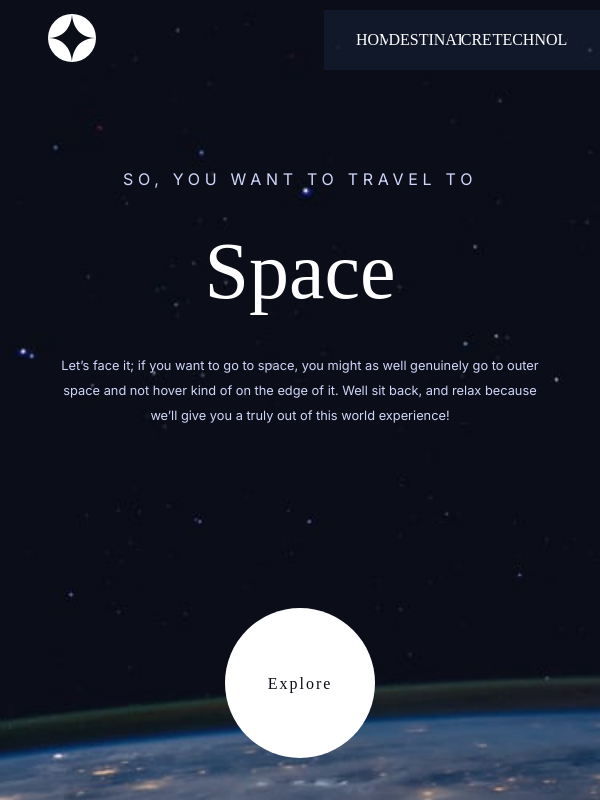
Repository: nilesjamex/space
Page: /
These files come from the project's save history. The page is drawn as it stood at one moment and after the next save; the edit follows.
The browser window is 600 px wide. The pictures show the whole page.
Some web fonts or font styles are not loaded; a fallback is used. Some web libraries are served in a nearby version. The project was rebuilt for these pictures with package versions that can differ from the ones it lists, and the page was loaded fresh each time. The framework's server and built-in components were replaced by stand-ins that run in the browser. Also part of the build but not shown: next.config.js.

Above is the page before, as saved 2022-01-08 04:46:50.

### pages/_document.js
import Document, { Html, Head, Main, NextScript } from 'next/document'

class MyDocument extends Document {
  render() {
    return (
      <Html>
        <Head>
          <link rel="preconnect" href="https://fonts.googleapis.com" />
<link rel="preconnect" href="https://fonts.gstatic.com" crossOrigin />
<link href="https://fonts.googleapis.com/css2?family=Bellefair&display=swap" rel="stylesheet" />
        <link rel="preconnect" href="https://fonts.googleapis.com" />
<link rel="preconnect" href="https://fonts.gstatic.com" crossOrigin />
<link href="https://fonts.googleapis.com/css2?family=Barlow+Condensed:ital,wght@0,100;0,300;0,400;1,100&family=Inter&display=swap" rel="stylesheet" />
        </Head>
        <body>
          <Main />
          <NextScript />
        </body>
      </Html>
    )
  }
}

export default MyDocument

### pages/index.js
import Head from 'next/head';
import styles from '../styles/Home.module.css';
import Nav from "../Layout/Nav";
import Homee from './../Components/Home.js';

export default function Home() {
  return (
    <div className={styles.container}>
      <Head>
        <title>Create Next App</title>
        <meta name="description" content="Generated by create next app" />
        <link rel="icon" href="/favicon.ico" />
        <link rel="stylesheet" type="text/css" charset="UTF-8" href="https://cdnjs.cloudflare.com/ajax/libs/slick-carousel/1.6.0/slick.min.css" />
<link rel="stylesheet" type="text/css" href="https://cdnjs.cloudflare.com/ajax/libs/slick-carousel/1.6.0/slick-theme.min.css" />
      </Head>

      <main className={styles.main}>
       <Homee />
      </main>
    </div>
  )
}

### styles/globals.css
a {
  color: inherit;
  text-decoration: none;
}

*{
  margin: 0;
  padding: 0;
  box-sizing: border-box;
  max-width: 100%;
  max-height: 100vh;
  overflow-y: hidden;
}

li {
  list-style: none;
  cursor: pointer;
}

### styles/Home.module.css
.main {

}

### Layout/Nav.js
import React from 'react';
import styles from './nav.module.css';
import Link from 'next/link'

const Nav = ({children}) => {
    return (
       <div className={styles.navBody}>
        <nav className={styles.nav}>
         <div>
            <svg width="48" height="48" viewBox="0 0 48 48" fill="none" xmlns="http://www.w3.org/2000/svg">
<circle cx="24" cy="24" r="24" fill="white"/>
<path fillRule="evenodd" clipRule="evenodd" d="M24 0C24 0 24 24 0 24C23.5776 24.1714 24 48 24 48C24 48 24 24 48 24C24 24 24 0 24 0Z" fill="#0B0D17" />
</svg>
  </div>

<ul className={styles.ul}>
<li><Link href="/"> HOME </Link></li>
<li><Link href="/Destinations">DESTINATION </Link></li>
<li><Link href="/Crew">CREW</Link></li>
<li><Link href="/Technology">TECHNOLOGY</Link></li>
</ul>
        </nav>
      <div className={styles.mainBody}> {children} </div>
</div>
    )
}

export default Nav

### Components/Home.js
import React from 'react';
import Styles from './home.module.css';
import Nav from './../Layout/Nav';

const Home = () => {
    return (
        <div className={Styles.Homes} >
        <div className={Styles.nav}>
        <Nav />
        </div>
        <div>
        <div className={Styles.Home}>
        <div className={Styles.HomeText}>
            <h3 className={Styles.HomeTextsub}>So, you want to travel to </h3>
  <h1 className={Styles.HomeTextspace}>Space</h1>
  <h3 className={Styles.HomeTextsubs}>Let’s face it; if you want to go to space, you might as well genuinely go to
  outer space and not hover kind of on the edge of it. Well sit back, and relax
  because we’ll give you a truly out of this world experience! </h3>
  </div>
<div className={Styles.Explore}>
  <h2 className={Styles.ExploreText}>Explore</h2>
  </div>
  </div>
        </div>
        </div>
    )
}

export default Home

### Layout/nav.module.css
.nav {
    display: flex;
    justify-content: space-between;
    align-items: center;
    padding-left: 3rem;
    width: 100%;
    height: 10vh;

}

.ul {
    display: flex;
    width: 50%;
    justify-content: space-between;
    align-items: center;
    color: #fff;
    background-color: rgba(24, 36, 59, 0.5);
    height: 60px;
    padding: 0 2rem;

}

.navBody {
    height: 100%;
}

### Components/home.module.css
.Homes {
    background: url('../public/assets/home/background-home-desktop.jpg');
    background-size: cover;
    height: 100%;
}
.Home{
    display: flex;
    align-items: center;
    justify-content: space-around;
    height: 100vh;
    }
.HomeText {
    width: 40%;
}
.HomeTextsub {
    font-family: 'Barlow Condensed', sans-serif;
    font-family: 'Inter', sans-serif;
    font-style: normal;
    font-weight: normal;
    font-size: 1.9rem;
    line-height: 34px;
    letter-spacing: 4.725px;
    text-transform: uppercase;
    color: #D0D6F9;
}
.HomeTextspace {
    font-family: "Bellefair", serif;
    font-style: normal;
    font-weight: normal;
    font-size: 9.3rem;
    line-height: 172px;
    color: #FFFFFF;
    display: block;
    width: 80;
}
.HomeTextsubs {
    font-family: 'Barlow Condensed', sans-serif;
    font-family: 'Inter', sans-serif;
    font-style: normal;
    font-weight: normal;
    font-size: 1rem;
    line-height: 32px;
    color: #D0D6F9;
    text-align: left;
    width: 60%;
    margin-top: 0.2rem;
}
.Explore {
    height: 274px;
    width: 274px;
    background-color: #fff;
    border-radius: 50%;
}
.ExploreText {
    text-align: center;
    display: flex;
    justify-content: center;
    align-items: center;
    margin: 6rem auto;
    font-family: 'Bellefair', serif;
    font-style: normal;
    font-weight: normal;
    font-size: 2rem;
    line-height: 37px;
    letter-spacing: 2px;
    color: #0B0D17;
}

@media screen and (max-width: 1024px) {
    .Homes {
        background: url('../public/assets/home/background-home-tablet.jpg');
        background-size: cover;
    height: 100%;
    }
    .Home{
        display: flex;
        flex-direction: column;
        }
        .HomeText {
            width: 80%;
            text-align: center;
        }
    .HomeTextsub {
        font-size: 1.2rem;
        line-height: 24px;
    }
    .HomeTextsubs {
        font-size: 1rem;
        line-height: 28px;
        text-align: center;
        width: 100%;
    }
    .Explore {
        height: 242px;
        width: 242px;
        background-color: #fff;
        border-radius: 50%;
        margin-bottom: 2rem;
    }
}

@media screen and (max-width: 900px) {
    .Home{
        display: flex;
        flex-direction: column;
        }
        .HomeText {
            width: 80%;
            text-align: center;
        }
    .HomeTextsub {
        font-size: 1.2rem;
        line-height: 24px;
    }
    .HomeTextsubs {
        font-size: 1rem;
        line-height: 28px;
        text-align: center;
        width: 100%;
    }
    .Explore {
        height: 225px;
        width: 225px;
        background-color: #fff;
        border-radius: 50%;
    }
}

@media screen and (max-width: 760px) {
    .Homes {
        background: url('../public/assets/home/background-home-mobile.jpg');
        background-size: cover;
        height: 100%;
    }
    .HomeTextsubs {
        font-size: 0.8rem;
        line-height: 25px;
    }
    .HomeTextsub {
        font-size: 1rem;
        line-height: 19px;
    }
    .HomeTextspace {
        font-size: 5rem;
        line-height: 100px;
        margin: 2rem 0;
    }
    .Explore {
        height: 150px;
        width: 150px;
        background-color: #fff;
        border-radius: 50%;
        margin-bottom: 2rem;
    }
    .ExploreText {
        font-size: 1rem;
        line-height: 23px;
        margin: 4rem auto;
    }
}
@media screen and (max-width: 500px) {
    .HomeTextsubs {
        font-size: 0.7rem;
        line-height: 25px;
    }
    .HomeTextsub {
        font-size: 0.7rem;
        line-height: 19px;
    }
}

Loaded but not shown: pages/_app.js (common file)

After the next save:
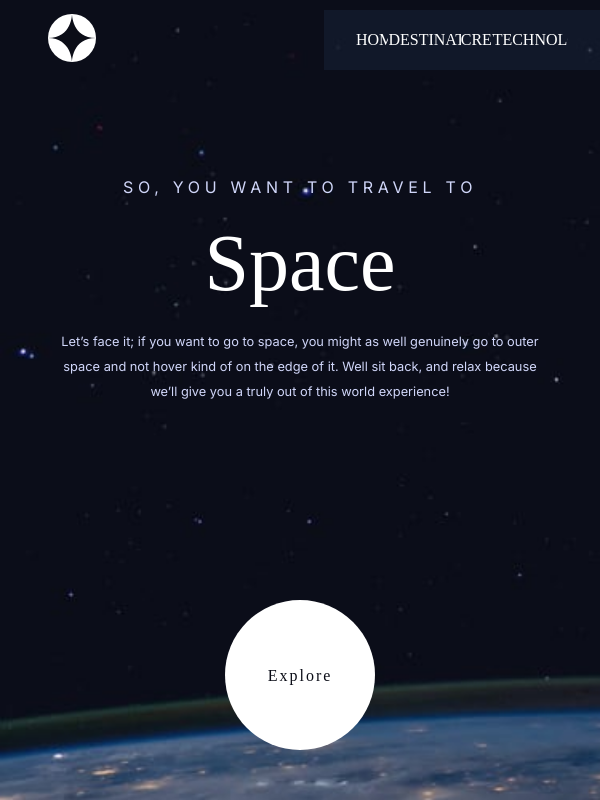
Saved 15 s later.
--- a/Components/home.module.css
+++ b/Components/home.module.css
@@ -143,7 +143,7 @@
     .HomeTextspace {
         font-size: 5rem;
         line-height: 100px;
-        margin: 2rem 0;
+        margin: 1rem 0;
     }
     .Explore {
         height: 150px;
